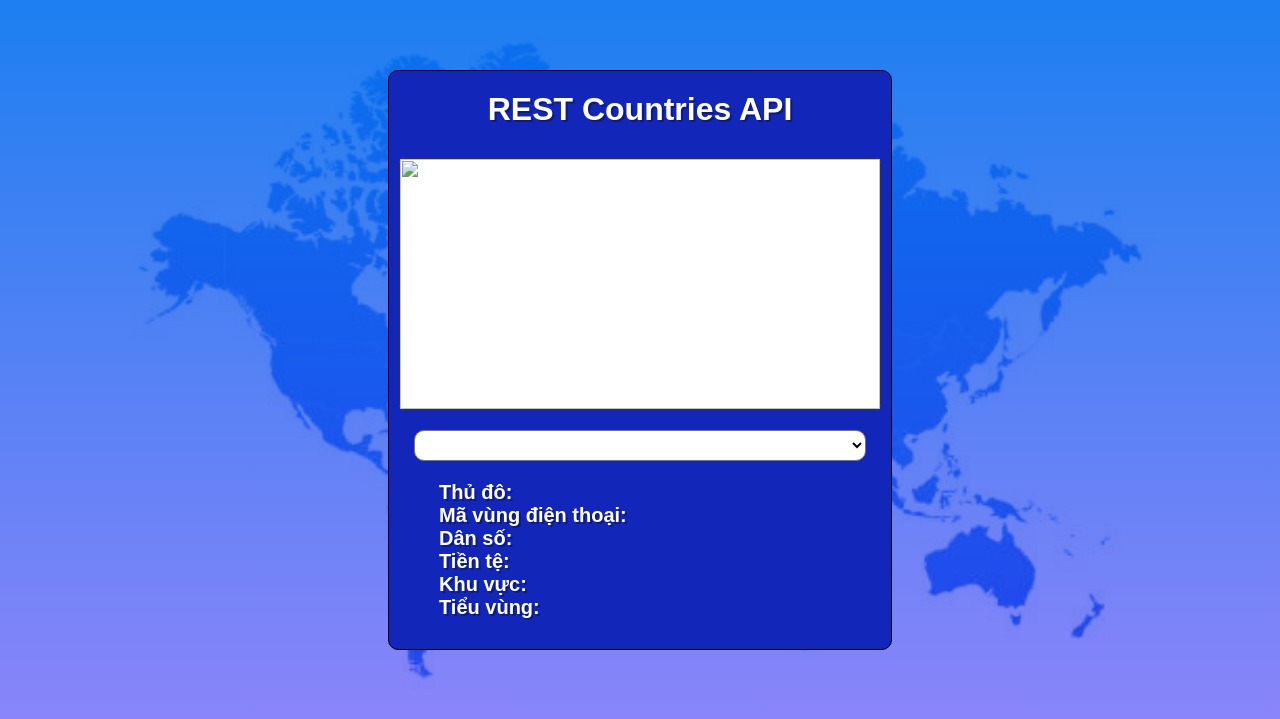
Repository: KhoaTran204/Rest-countries-api-app
Page: index.html
An editor plug-in stored every save of this project. The page is shown before and after a run of saves, followed by the edit.
The browser window is 1280 px wide. The pictures show the whole page.
The page's requests for data from a server got no answer.

Above is the page before, as saved 2024-04-14 09:25:30.

### index.html
<!DOCTYPE html>
<html lang="en">
  <head>
    <meta charset="UTF-8" />
    <meta name="viewport" content="width=device-width, initial-scale=1.0" />
    <link rel="stylesheet" href="style.css" />
    <title>Rest Countries API</title>
  </head>
  <body>
    <div class="container">
      <h1>REST Countries API</h1>
      <div id="main-container">
        <div id="flag-container">
          <img src="" alt="" />
        </div>
        <div id="info-container">
          <select id="countries"></select>
          <div class="info">
            <p>Thủ đô: <span id="capital"></span></p>
            <p>Mã vùng điện thoại: <span id="dialing-code"></span></p>
            <p>Dân số: <span id="population"></span></p>
            <p>Tiền tệ: <span id="currencies"></span></p>
            <p>Khu vực: <span id="region"></span></p>
            <p>Tiểu vùng: <span id="subregion"></span></p>
          </div>
        </div>
      </div>
    </div>
    <script src="app.js"></script>
  </body>
</html>

### style.css
* {
  margin: 0;
  padding: 0;
  box-sizing: border-box;
}

body {
  font-family: sans-serif;
  height: 100vh;
  display: flex;
  justify-content: center;
  align-items: center;
  /* background-image: url(anh/bando.jpg);
  background-repeat: no-repeat;
  background-position: center;
  background-size: cover; */
  background: linear-gradient(
      to top,
      rgba(23, 11, 244, 0.5),
      rgba(4, 113, 239, 0.9)
    ),
    url(anh/bando.jpg) no-repeat center/cover;
}

#flag-container {
  margin: 10px;
  height: 252px;
  background-color: #fff;
  border: 1px solid #333;
  border-radius: 5px;
}

#flag-container img {
  display: block;
  width: 100%;
  height: 100%;
}

.container {
  background-color: rgb(18, 38, 186);
  border-radius: 10px;
  border: 1px solid black;
}
.container h1 {
  text-align: center;
  text-shadow: 2px 2px rgba(0, 0, 0, 0.3);
  color: #fff;
  margin: 20px;
}
#main-container {
  width: 502px;
  margin: 30px auto;
  padding: 0;
}
#flag-container {
  height: 252px;
  background-color: #fff;
  border: 1px solid #333;
}
#flag-container img {
  display: block;
  width: 100%;
  height: 100%;
}
#info-container select {
  display: block;
  border-radius: 10px;
  margin: 20px auto;
  padding: 5px;
  min-width: 90%;
  color: black;
  font-size: 15px;
  font-weight: lighter;
  text-align-last: center;
  background-color: #fff;
  text-decoration: underline;
}
#flag-container select:active {
  background-color: black;
}
.info {
  margin-left: 50px;
  color: #fff;
  font-size: 20px;
  font-weight: bold;
  text-shadow: 2px 2px rgba(0, 0, 0, 0.3);
}

### app.js
const countrieslist = document.getElementById("countries");
let countries;

countrieslist.addEventListener("change", (event) =>
  displayCountryInfo(event.target.value)
);

// fetch("https://restcountries.com/v2/all")
//   .then(function (res) {
//     console.log(res);
//     return res.json();
//   })
//   .then(function (data) {
//     console.log(data);
//     initialize(data);
//   })
//   .catch(function (err) {
//     console.log("Lỗi: ", err);
//   });
fetch("https://restcountries.com/v2/all").then((res) => {
  res
    .json()
    .then((data) => initialize(data))
    .catch((err) => console.log("Lỗi: ", err));
});
function initialize(countriesData) {
  countries = countriesData;
  let options = "";
  //   for (let i = 0; i < countries.length; i++) {
  //     options += `<option value="${countries[i].alpha3Code}">${countries[i].name}</option>`;
  //   }
  countries.forEach(
    (country) =>
      (options += `<option value="${country.alpha3Code}">${country.name}</option>`)
  );
  //   document.getElementById("countries").innerHTML = options;
  //   document.querySelector("countries").innerHTML = options;
  countrieslist.innerHTML = options;
  countrieslist.selectedIndex = Math.floor(
    Math.random() * countrieslist.length
  );
  displayCountryInfo(countrieslist[countrieslist.selectedIndex].value);
}

function displayCountryInfo(countryByAlpha3Code) {
  const countryData = countries.find(
    (country) => country.alpha3Code === countryByAlpha3Code
  );
  console.log(countryData);
  document.querySelector("#flag-container img").src = countryData.flag;
  document.querySelector(
    "#flag-container img"
  ).alt = `Flag of ${countryData.name}`;
  document.getElementById("capital").innerHTML = countryData.capital;
  document.getElementById(
    "dialing-code"
  ).innerHTML = `+ ${countryData.callingCodes[0]}`;
  document.getElementById("population").innerHTML =
    countryData.population.toLocaleString("en-US");
  document.getElementById("currencies").innerHTML = countryData.currencies
    .filter((c) => c.name)
    .map((c) => `${c.name} (${c.code})`)
    .join(", ");
  document.getElementById("region").innerHTML = countryData.region;
  document.getElementById("subregion").innerHTML = countryData.subregion;
}

After the next 2 saves:
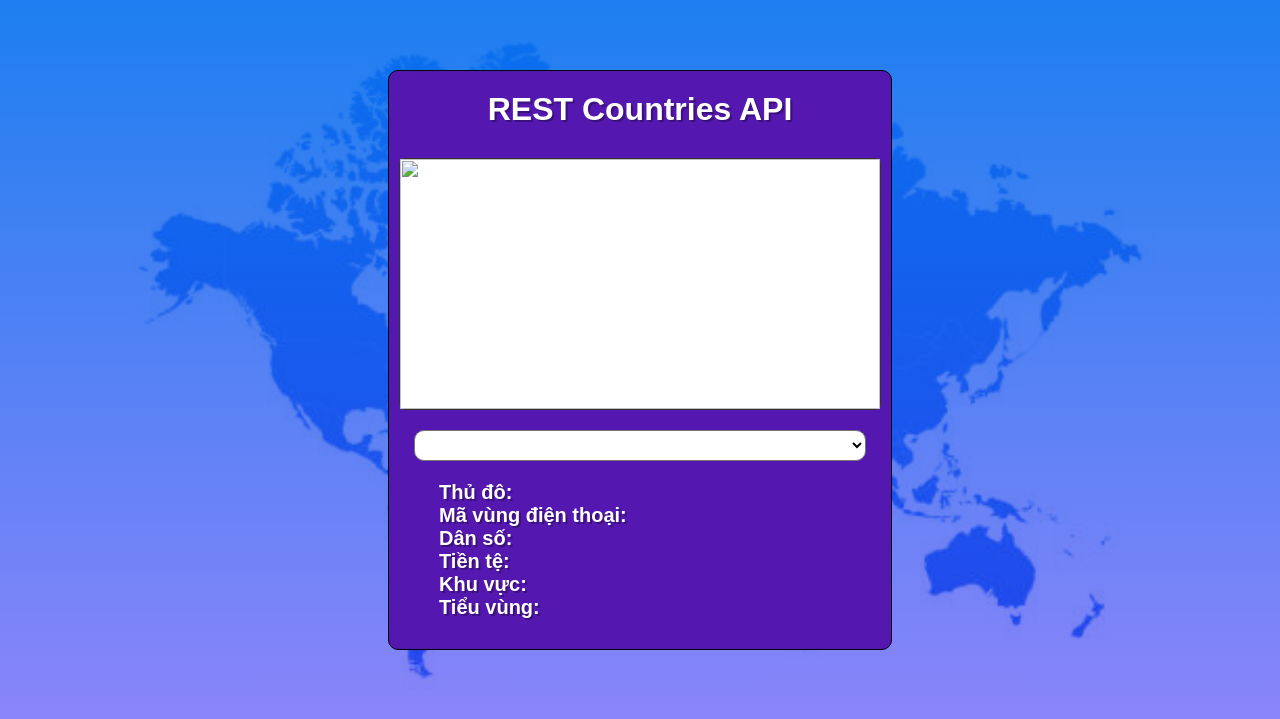
The 2 saves are shown as one change because they came seconds apart.
The last was saved 12 s later.
--- a/style.css
+++ b/style.css
@@ -37,7 +37,7 @@ body {
 }
 
 .container {
-  background-color: rgb(18, 38, 186);
+  background-color: rgb(84, 24, 176);
   border-radius: 10px;
   border: 1px solid black;
 }
